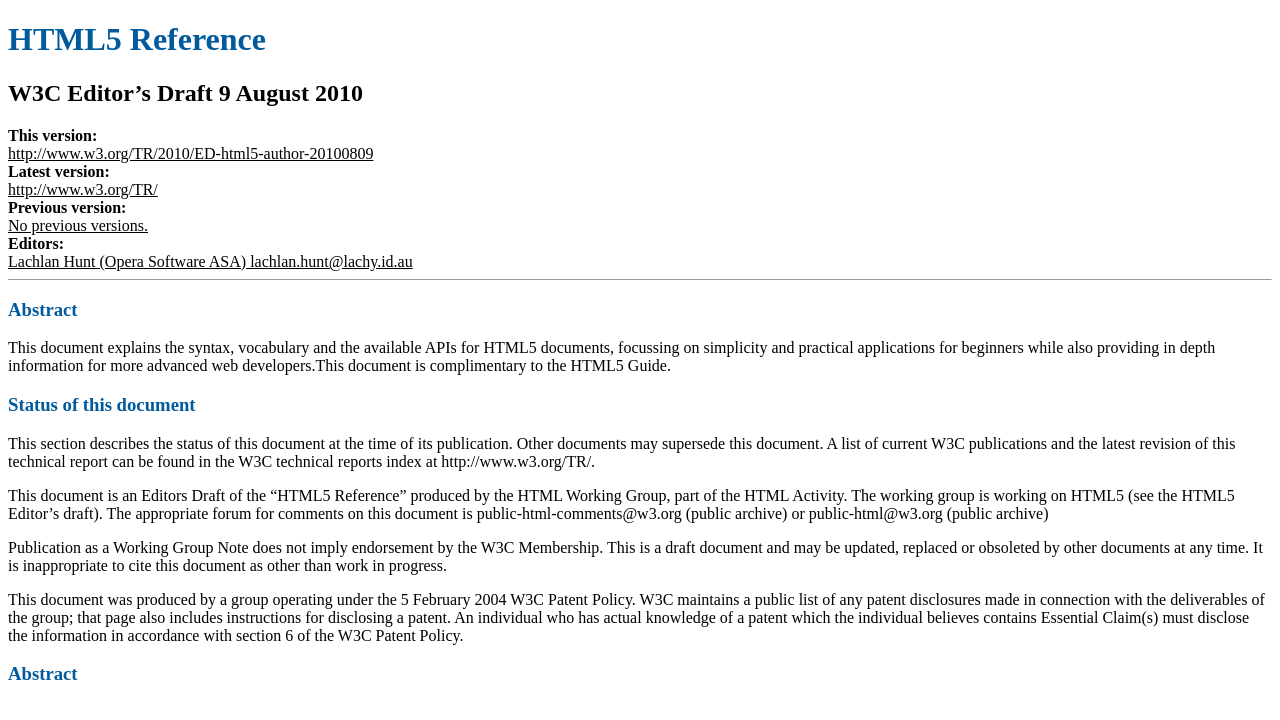
Repository: heoSuKyeong/client_Ssanyong
Page: ClientTest/src/main/webapp/html/q005.html
These files come from the project's save history. The page is drawn as it stood at one moment and after the next save; the edit follows.
The browser window is 1280 px wide. The pictures show the whole page.

Above is the page before, as saved 2023-09-20 03:35:07.

### ClientTest/src/main/webapp/html/q005.html
<!DOCTYPE html>
<html>
<head>
<meta charset="UTF-8">
<title>Insert title here</title>
</head>
<body>

	<h1><font color="#005A9C">HTML5 Reference</font></h1>
	<h2>W3C Editor’s Draft 9 August 2010</h2>
	<b>This version:</b>
	<br>
	<u>http://www.w3.org/TR/2010/ED-html5-author-20100809</u>
	<br>
	<b>Latest version:</b>
	<br>
	<u>http://www.w3.org/TR/</u>

	<br>
	<b>Previous version:</b>
	<br>
	<u>No previous versions.</u>

	<br>
	<b>Editors:</b>
	<br>
	<u>Lachlan Hunt (Opera Software ASA) lachlan.hunt@lachy.id.au</u>

	<hr size="1">

	<h3><font color="#005A9C">Abstract</font></h3>
	<p>This document explains the syntax, vocabulary and the available APIs for HTML5 documents, focussing on simplicity and practical applications for beginners while also providing in depth information for more advanced web developers.This document is complimentary to the HTML5 Guide.</p>

	<h3><font color="#005A9C">Status of this document</font></h3>
	<p>This section describes the status of this document at the time of its publication. Other documents may supersede this document. A list of current W3C publications and the latest revision of this technical report can be found in the W3C technical reports index at http://www.w3.org/TR/.</p>
	<p>This document is an Editors Draft of the “HTML5 Reference” produced by the HTML Working Group, part of the HTML Activity. The working group is working on HTML5 (see the HTML5 Editor’s draft). The appropriate forum for comments on this document is public-html-comments@w3.org (public archive) or public-html@w3.org (public archive)</p>
	<p>Publication as a Working Group Note does not imply endorsement by the W3C Membership. This is a draft document and may be updated, replaced or obsoleted by other documents at any time. It is inappropriate to cite this document as other than work in progress.</p>
	<p>This document was produced by a group operating under the 5 February 2004 W3C Patent Policy. W3C maintains a public list of any patent disclosures made in connection with the deliverables of the group; that page also includes instructions for disclosing a patent. An individual who has actual knowledge of a patent which the individual believes contains Essential Claim(s) must disclose the information in accordance with section 6 of the W3C Patent Policy.</p>
	<h3><font color="#005A9C">Abstract</font></h3>
	<p></p>
</body>
</html>

After the next save:
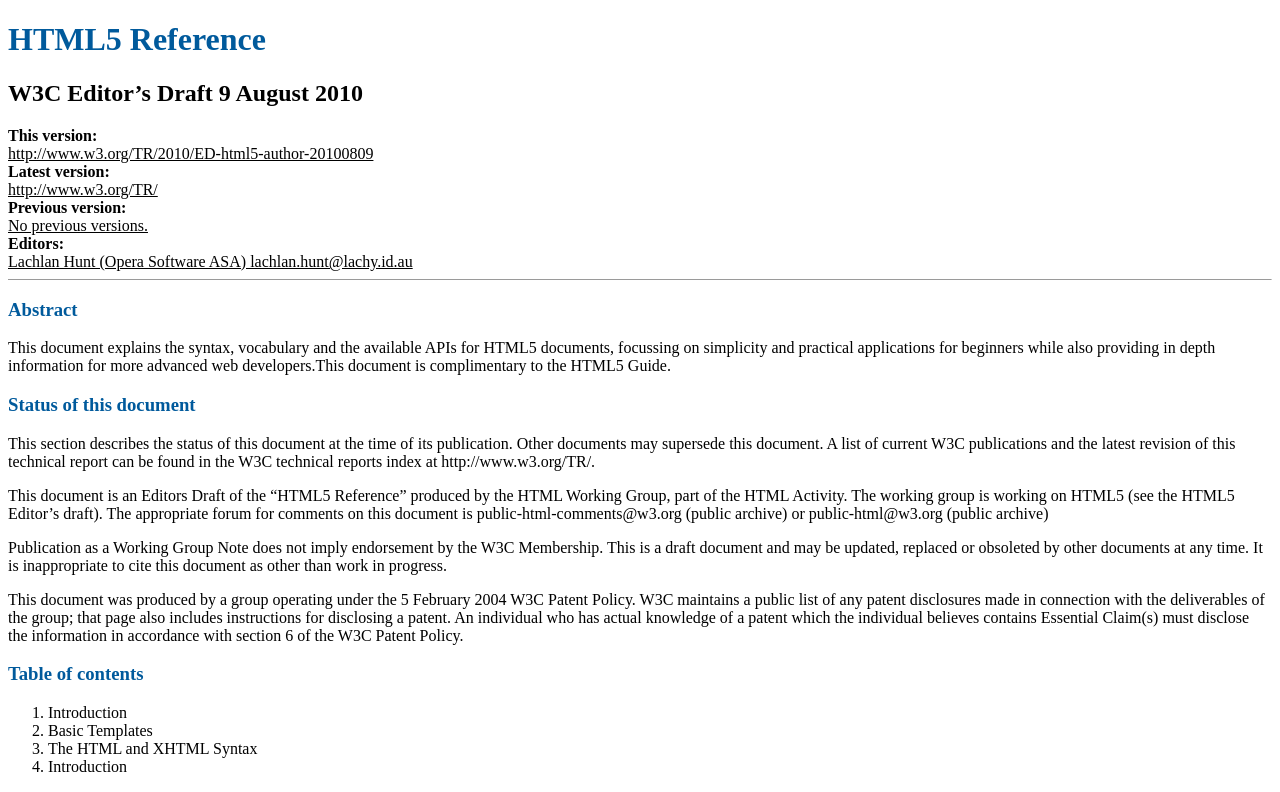
Saved 75 s later.
--- a/ClientTest/src/main/webapp/html/q005.html
+++ b/ClientTest/src/main/webapp/html/q005.html
@@ -36,7 +36,21 @@
 	<p>This document is an Editors Draft of the “HTML5 Reference” produced by the HTML Working Group, part of the HTML Activity. The working group is working on HTML5 (see the HTML5 Editor’s draft). The appropriate forum for comments on this document is public-html-comments@w3.org (public archive) or public-html@w3.org (public archive)</p>
 	<p>Publication as a Working Group Note does not imply endorsement by the W3C Membership. This is a draft document and may be updated, replaced or obsoleted by other documents at any time. It is inappropriate to cite this document as other than work in progress.</p>
 	<p>This document was produced by a group operating under the 5 February 2004 W3C Patent Policy. W3C maintains a public list of any patent disclosures made in connection with the deliverables of the group; that page also includes instructions for disclosing a patent. An individual who has actual knowledge of a patent which the individual believes contains Essential Claim(s) must disclose the information in accordance with section 6 of the W3C Patent Policy.</p>
-	<h3><font color="#005A9C">Abstract</font></h3>
-	<p></p>
+
+	<h3><font color="#005A9C">Table of contents</font></h3>
+	<ol>
+		<li>Introduction</li>
+		<li>Basic Templates</li>
+		<li>The HTML and XHTML Syntax</li>
+		<li>Introduction</li>
+
+
+	</ol>
+
+
+
+
+
+
 </body>
 </html>
